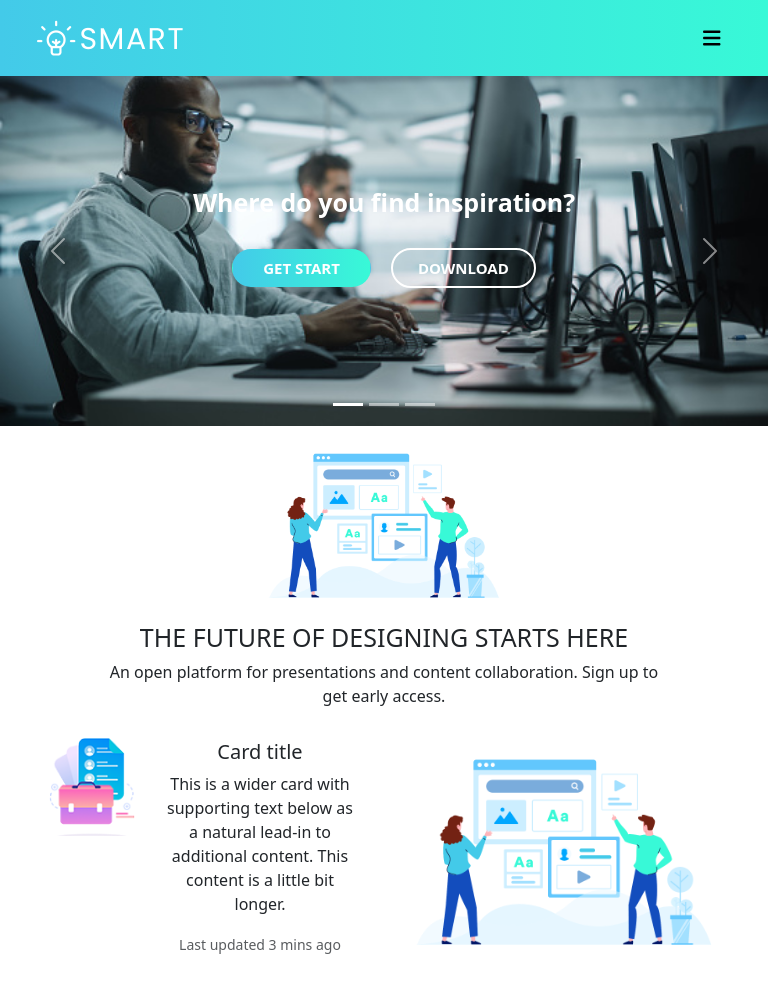
Repository: rizwan-zafar/smart-React
Page: /
An editor plug-in stored every save of this project. The page is shown before and after a run of saves, followed by the edit.
The browser window is 768 px wide. The pictures show the whole page.
The project was rebuilt for these pictures with package versions that can differ from the ones it lists, and the page was loaded fresh each time.

Above is the page before, as saved 2022-11-17 09:17:12.

### public/index.html
<!DOCTYPE html>
<html lang="en">
  <head>
    <meta charset="utf-8" />
    <link rel="icon" href="%PUBLIC_URL%/favicon.ico" />
    <meta name="viewport" content="width=device-width, initial-scale=1" />
    <meta name="theme-color" content="#000000" />
    <meta
      name="description"
      content="Web site created using create-react-app"
    />
    <link rel="apple-touch-icon" href="%PUBLIC_URL%/logo192.png" />
    <!--
      manifest.json provides metadata used when your web app is installed on a
      user's mobile device or desktop. See https://developers.google.com/web/fundamentals/web-app-manifest/
    -->
    <link rel="manifest" href="%PUBLIC_URL%/manifest.json" />
    <!--
      Notice the use of %PUBLIC_URL% in the tags above.
      It will be replaced with the URL of the `public` folder during the build.
      Only files inside the `public` folder can be referenced from the HTML.

      Unlike "/favicon.ico" or "favicon.ico", "%PUBLIC_URL%/favicon.ico" will
      work correctly both with client-side routing and a non-root public URL.
      Learn how to configure a non-root public URL by running `npm run build`.
    -->
    <title>React App</title>
  </head>
  <body>
    <noscript>You need to enable JavaScript to run this app.</noscript>
    <div id="root"></div>

   </body>
</html>

### src/index.js
import React from 'react';
import './index.css';
import "../node_modules/bootstrap/dist/css/bootstrap.min.css"
import "../node_modules/bootstrap/dist/js/bootstrap.min.js"
import "./Components/FontawsomeIcons"
import ReactDOM from 'react-dom/client';
import App from './App';
const root = ReactDOM.createRoot(document.getElementById('root'));
root.render(
  <React.StrictMode>
    <App />
  </React.StrictMode>
);

// If you want to start measuring performance in your app, pass a function
// to log results (for example: reportWebVitals(console.log))
// or send to an analytics endpoint. Learn more: https://bit.ly/CRA-vitals

### src/Components/FontawsomeIcons/index.js
import {library} from "@fortawesome/fontawesome-svg-core"
import {faUser,faBars,faPlus} from "@fortawesome/free-solid-svg-icons"
library.add(faUser,faBars,faPlus)

### src/App.js
 import HomePage from "./Pages/Home"
function App() {
  return (
    <div className="App">
        <HomePage />
    </div>
  );
}

export default App;

### src/Pages/Home.js
import React from 'react'
import Navbar from "../Components/Navbar"
import Slider from "../Components/Slider"
import Service from "../Components/Service";
export default function Home() {
    return (
        <div>
            <Navbar />
            <Slider />
            <Service />
        </div>
    )
}

### src/Components/Navbar.js
import React from 'react'
import "../Css/Navbar.css"

import { FontAwesomeIcon } from "@fortawesome/react-fontawesome"
export default function Navbar() {
    const [hamburgerIcon, setHamburgerIcon] = React.useState('bars')
    const [rotateIcon, setRotateIcon] = React.useState('')
    const handleHumBurger = (hamburgerIcon) => {
        if (hamburgerIcon === 'bars') {
            setRotateIcon('icon-rotate')
            setHamburgerIcon('plus')
        } else {
            setRotateIcon('anti-icon-rotate')
            setHamburgerIcon("bars")
        }
    }
     return (
        <div className="NavContainer">
            <nav className="navbar navbar-expand-lg navbar-dark">
                <div className="container">
                    <a className="navbar-brand" href="/">
                        <img className="img-fluid" src="Images/logo.png" alt="not found" />
                    </a>
                    <div className="navbar-toggler" type="button" data-bs-toggle="collapse"   onClick={() => { handleHumBurger(hamburgerIcon) }} data-bs-target="#navbarNav" aria-controls="navbarNav" aria-expanded="false" aria-label="Toggle navigation">
                        <FontAwesomeIcon  className={rotateIcon} icon={hamburgerIcon}  />
                    </div>
                    <div className="collapse navbar-collapse navSetting" id="navbarNav">
                        <ul className="navbar-nav ms-auto">
                            <li className="nav-item">
                                <a className="nav-link active" aria-current="page" href="/">Home</a>
                            </li>
                            <li className="nav-item">
                                <a className="nav-link" href="/">ABOUT</a>
                            </li>
                            <li className="nav-item">
                                <a className="nav-link" href="/">PORTFOLIO</a>
                            </li>

                            <li className="nav-item">
                                <a className="nav-link" href="/">PRICING</a>
                            </li>

                            <li className="nav-item">
                                <a className="nav-link" href="/">CLIENTS</a>
                            </li>

                            <li className="nav-item">
                                <a className="nav-link" href="/">CONTACT</a>
                            </li>

                        </ul>
                    </div>
                </div>
            </nav>
        </div>
    )
}

### src/Components/Slider.js
import React from 'react'
import "../Css/Slider.css"

export default function Slider() {
    return (
        <div className="sliderContainer">
            <div id="carouselExampleCaptions" className="carousel slide" data-bs-ride="false">

                <div className="carousel-indicators">
                    <button type="button" data-bs-target="#carouselExampleCaptions" data-bs-slide-to="0" className="active" aria-current="true" aria-label="Slide 1"></button>
                    <button type="button" data-bs-target="#carouselExampleCaptions" data-bs-slide-to="1" aria-label="Slide 2"></button>
                    <button type="button" data-bs-target="#carouselExampleCaptions" data-bs-slide-to="2" aria-label="Slide 3"></button>
                </div>

                <div className="carousel-inner">
                    <div className="carousel-item active bg-cover slide-image1">
                        <div className="carousel-caption">
                            <p> If not now, then when?</p>
                            <div>
                                <button className="btn btn1">Get Start</button>
                                <button className="btn btn2">Download</button>
                            </div>
                        </div>
                    </div>
                    <div className="carousel-item active bg-cover slide-image2">
                        <div className="carousel-caption">
                            <p>What does your joy look like today?</p>
                            <div>
                                <button className="btn btn1">Get Start</button>
                                <button className="btn btn2">Download</button>
                            </div>
                        </div>
                    </div>
                    <div className="carousel-item active bg-cover slide-image3">
                        <div className="carousel-caption">
                            <p>Where do you find inspiration?</p>
                            <div>
                                <button className="btn btn1">Get Start</button>
                                <button className="btn btn2">Download</button>
                            </div>
                        </div>
                    </div>
                </div>
                <button className="carousel-control-prev" type="button" data-bs-target="#carouselExampleCaptions" data-bs-slide="prev">
                    <span className="carousel-control-prev-icon" aria-hidden="true"></span>
                    <span className="visually-hidden">Previous</span>
                </button>
                <button className="carousel-control-next" type="button" data-bs-target="#carouselExampleCaptions" data-bs-slide="next">
                    <span className="carousel-control-next-icon" aria-hidden="true"></span>
                    <span className="visually-hidden">Next</span>
                </button>
            </div>
        </div>
    )
}

### src/Components/Service.js
import React from 'react'
import "../Css/Services.css"
export default function Service() {
    return (
        <div className="services">
            <div className="text-center">
                <img class="custom-image" src="/Images/services.png" alt="Services" />
                <div className='container custom-container'>
                    <h4>The future of designing starts here</h4>
                    <p>An open platform for presentations and content collaboration. Sign up to get early access.</p>
                </div>
            </div>
            {/* style={{max-width: 540px;}} */}
            <div className="container text-center">
                <div className="row">
                    <div className="col-xs-12 col-sm-12 col-md-6 col-lg-6 col-xl-6 ">
                        <div class="card mb-3" >
                            <div className="row g-0">
                                <div className="col-md-4">
                                    <img src="/Images/icon-1.png" className="img-fluid rounded-start" alt="..." />
                                </div>
                                <div className="col-md-8">
                                    <div className="card-body">
                                        <h5 className="card-title">Card title</h5>
                                        <p className="card-text">This is a wider card with supporting text below as a natural lead-in to additional content. This content is a little bit longer.</p>
                                        <p className="card-text"><small className="text-muted">Last updated 3 mins ago</small></p>
                                    </div>
                                </div>
                            </div>
                        </div>

                    </div>

                    <div className="col-xs-12 col-sm-12 col-md-6 col-lg-6 col-xl-6 ">
                        <img class="img-fluid" src="/Images/services.png" alt="Services" />

                    </div>

                </div>
            </div>

        </div>
    )
}

### src/Css/Navbar.css

.NavContainer  .navbar-toggler
{
    color:black;
    border:none;
}
.NavContainer .navbar-brand img{
    max-width: 150px;
}
.NavContainer .navbar-dark
{
    background: linear-gradient(to right,#43cae9, #38f9d7 100%)
}

.NavContainer .navbar-nav li{
   padding: 11px 16px;
 }
.NavContainer .navbar-nav li a{
color:#fff;
font-weight: 700;
text-transform: uppercase;
font-size: 16px;
}



@media (min-width: 1200px)
{
.NavContainer .container {
    max-width: 1140px;
}
}


@media (max-width: 991px)
 {
    .NavContainer .navSetting
    {
        position: absolute;
        top: 100%;
        left: 0;
        width: 100%;
        background: linear-gradient(to right,#43cae9, #38f9d7 100%);
        z-index: 8;
        padding: 10px 16px;
        -webkit-box-shadow: 0 3px 6px 0 rgb(0 0 0 / 16%);
        -moz-box-shadow: 0 3px 6px 0 rgba(0, 0, 0, 0.16);
        box-shadow: 0 3px 6px 0 rgb(0 0 0 / 16%);
    }
 }

 .NavContainer .icon-rotate {
   transform:rotate(90deg);
    transition: 0.5s;

  }
 .NavContainer .anti-icon-rotate {
   transform:rotate(-0deg);
    transition: 0.5s;

  }

### src/Css/Slider.css
.sliderContainer .carousel-inner .bg-cover{
     height: 90vh;
     background-size: cover;
     background-repeat: no-repeat;
     background-position: center center;
}
.sliderContainer .slide-image1{
    background-image: url("/public/Images/slider-1.jpg");
}
.sliderContainer .slide-image2{
    background-image: url("/public/Images/slider-2.jpg");
}
.sliderContainer .slide-image3{
    background-image: url("/public/Images/slider-3.jpg");
}

.sliderContainer .carousel-caption
{

    position: absolute;
    right: 15%;
    bottom: 1.25rem;
    left: 15%;
    padding-top: 1.25rem;
    padding-bottom: 1.25rem;
    color: #fff;
    text-align: center;
    font-size: 45px;
    font-weight: bold;
    top: 23vh;

}
.sliderContainer .btn1{

    margin: 10px;
    background: linear-gradient(to right,#43cae9, #38f9d7 100%);
    padding: 7px 30px 7px 30px;
    font-weight: bold;
    color: white;
    font-size: 17px;
    border-radius: 29px;
    text-transform: uppercase;

}

.sliderContainer .btn2{
    margin: 10px;
    background:  transparent;
    padding: 7px 25px 7px 25px;
    font-weight: bold;
    color: white;
    font-size: 17px;
    border-radius: 29px;
    border: 2px solid white;
    text-transform: uppercase;

}
.sliderContainer .carousel-indicators{
    margin-right: 0;
    margin-left: 0;
    margin-bottom: 0;
    background: #38f9d7;
    padding: 10px;
}
@media (max-width: 991px)
 {
    .sliderContainer .carousel-inner .bg-cover
    {
        height: 350px;
    }

   .sliderContainer .carousel-caption
   {
       font-size: 25px ;
       top: 11vh;
       font-weight: bolder;
   }

   .sliderContainer .btn
   {
    font-size: 15px;
    }
   .sliderContainer .btn
   {
    font-size: 15px;
    }

    .sliderContainer .carousel-indicators{
        margin-right: 0;
        margin-left: 0;
        margin-bottom: 0;
        background: transparent;

    }
 }

### src/Css/Services.css
.services h4{
    font-size: 44px;
    text-transform: uppercase;

}
.services p{
    font-size: 20px;
}
.services .custom-image
{
max-width: 34%;
height: auto;
}
.services .custom-container
{
    max-width: 600px;
}
.services .card{
    border: none;
}
@media (max-width: 991px)
 {
    .services h4{
        font-size: 25px;
       text-transform: uppercase;
    }
    .services p{
        font-size: 16px;
     }
 }

Loaded but not shown: src/index.css (common file)

After the next 2 saves:
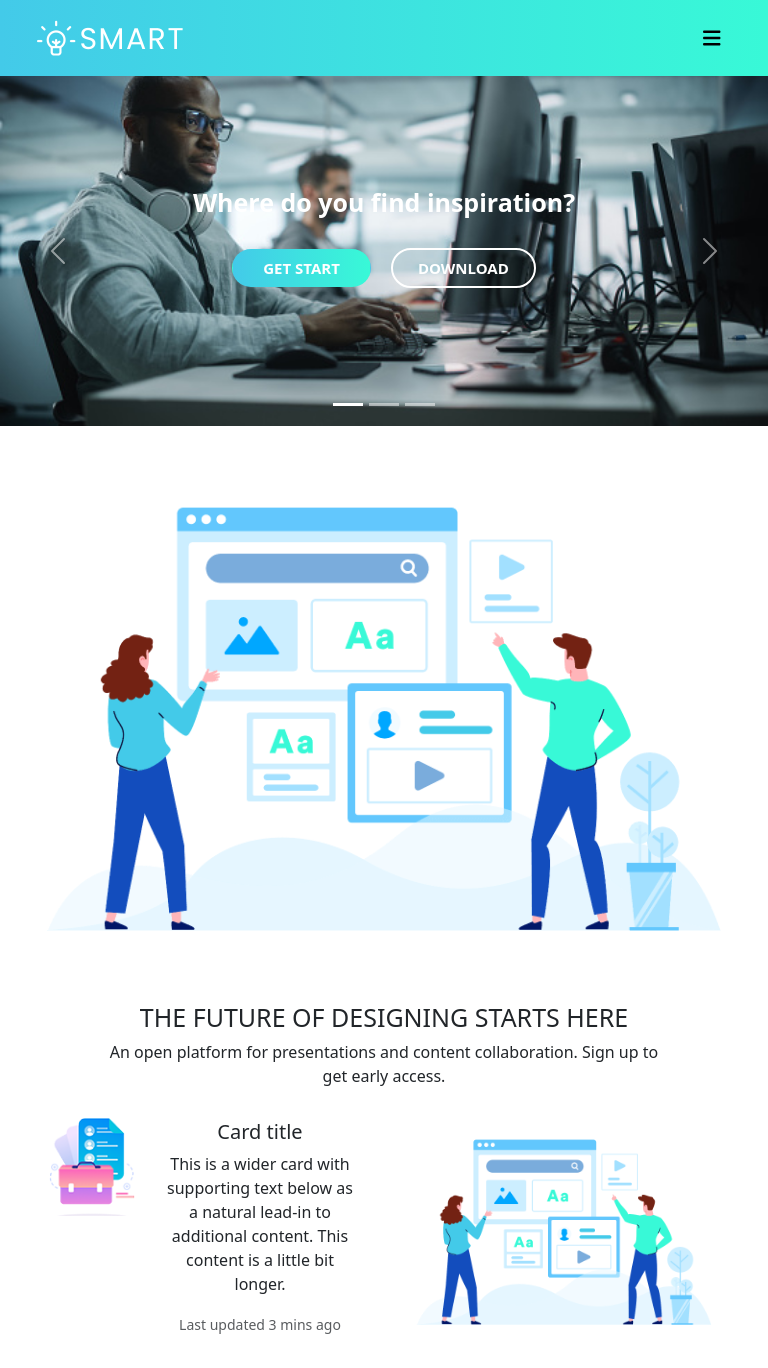
The 2 saves are shown as one change because they came seconds apart.
The last was saved 20 s later.
--- a/src/Css/Services.css
+++ b/src/Css/Services.css
@@ -20,6 +20,11 @@ height: auto;
 }
 @media (max-width: 991px)
  {
+    .services .custom-image
+    {
+    max-width: 100%;
+    height: auto;
+    }
     .services h4{
         font-size: 25px;
        text-transform: uppercase;
